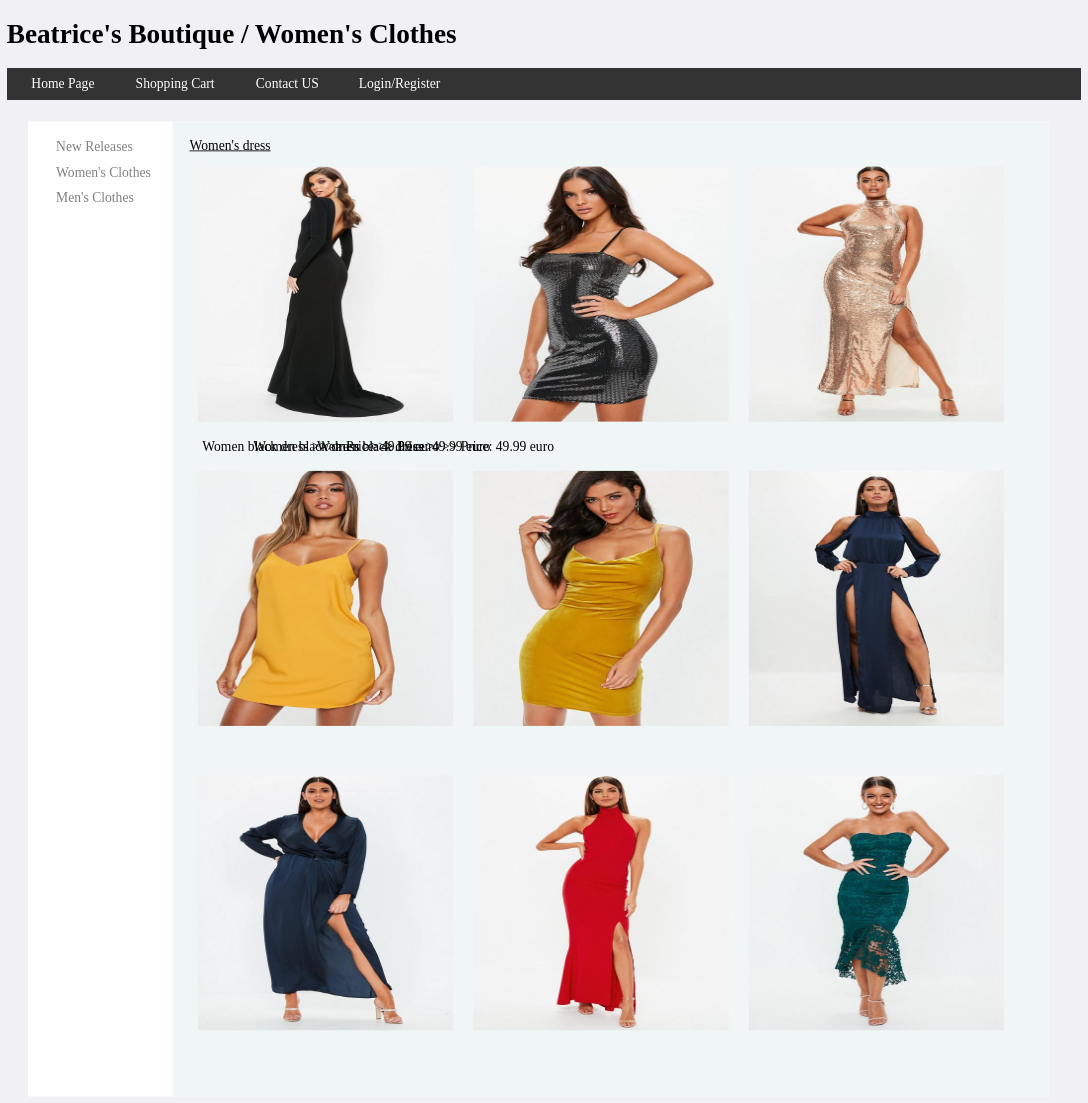
Repository: IosifDobos/Beatrice-Boutique
Page: http://localhost/BeatriceBoutique/womensClothes.jsp
An editor plug-in stored every save of this project. The page is shown before and after the next save, followed by the edit.
The browser window is 1280 px wide. The pictures show the whole page, at 85% of full size.
The page is served by Tomcat 9. Other server files are loaded and not shown.

Above is the page before, as saved 2018-12-04 17:40:28.

### BeatriceBoutique/Java/WorkSpace/BeatriceBoutique/WebContent/womensClothes.jsp
<!DOCTYPE html >
<html>
<head>
<meta http-equiv="Content-Type" content="text/html; charset=ISO-8859-1">
<link rel="stylesheet" type="text/css" href="styleSheet.css">
<title>Women's Clothes</title>
</head>
<body>

	<h1>Beatrice's Boutique / Women's Clothes</h1>

	<ul>
		<li><a href="homePage.html">Home Page</a></li>
		<li><a href="shoppingCart.html">Shopping Cart</a></li>
		<li><a href="contact.html">Contact US</a></li>
		<li><a href="login.html">Login/Register</a></li>
	</ul>


	<div class = "container">
		<!-- left side of the container where menu is displayed -->
		<div id="sidemenu">
			<a href="#">New Releases</a>
			<a href="womensClothes.html">Women's Clothes</a>
			<a href="#">Men's Clothes</a>
		</div>
		<!-- right side of the container -->
		<div id="right-side">
			<p><u>Women's dress</u></p>

			<img alt="dress" src="womens-img/black-open-back-maxi-dress.jpg" width="300" height="300" style="margin-left: 10px;">

			<img alt="dress1" src="womens-img/black-sewn-through-disc-bodycon-mini-dress.jpg" width="300" height="300" style="margin-left: 20px;">

			<img alt="dress2" src="womens-img/gold-sequin-choker-maxi-dress.jpg" width="300" height="300" style="margin-left: 20px;">
			<div id="product-1">
				<p>Women black dress >>>>  Price: 49.99 euro</p>
			</div>
			<div id="product-2">
				<p>Women black dress >>>>  Price: 49.99 euro</p>
			</div>
			<div id="product-3">
				<p>Women black dress >>>>  Price: 49.99 euro</p>
			</div>
			<br><br><br><br>
			<img alt="dress3" src="womens-img/mustard-cami-shift-dress.jpg" width="300" height="300" style="margin-left: 10px;">

			<img alt="dress4" src="womens-img/mustard-velvet-cowl-mini-dress.jpg" width="300" height="300" style="margin-left: 20px;">

			<img alt="dress5" src="womens-img/navy-split-front-maxi-dress.jpg" width="300" height="300" style="margin-left: 20px;">

			<br><br><br><br>
			<img alt="dress6" src="womens-img/plus-size-navy-wrap-front-knot-dress.jpg" width="300" height="300" style="margin-left: 10px;">

			<img alt="dress7" src="womens-img/red-choker-maxi-dress.jpg" width="300" height="300" style="margin-left: 20px;">

			<img alt="dress8" src="womens-img/teal-lace-bandeau-bust-cup-midi-dress.jpg" width="300" height="300" style="margin-left: 20px;">

			<br><br><br><br>
		</div>

	</div>

</body>
</html>

### BeatriceBoutique/Java/WorkSpace/BeatriceBoutique/WebContent/styleSheet.css
@charset "UTF-8";

body{
	background-color: #f0f0f5;
}

ul {
	position: -webkit-sticky;
	position: sticky;
    list-style-type: none;
    top: 0;
    margin: 0;
    padding: 0;
    overflow: hidden;
    background-color: #333;
}

li{
	float: left;
}

li a{
	display: block;
	color: white;
	text-align: center;
	padding: 10px 16px;
	text-decoration: none;
	width: 100px;

}

li a:hover {
    background-color: #555;
    color: white;
}

.active {
    background-color: #4CAF50;
    color: white;
}

.container{
	margin-top: 25px;
	margin-left: 25px;
	margin-right: 25px;
	background-color:  white;
	min-height: 400px;
	width: 95%;
}

/*#container:after{
	content: "";
	display: table;
	clear: both;
} */



#sidemenu {
    min-height: 100px;; /* Full-height: remove this if you want "auto" height */
    width: 150px;; /* Set the width of the sidebar */
    position: fixed; /* Fixed Sidebar (stay in place on scroll) */
    z-index: 1; /* Stay on top */
    top: 150px; /* Stay at the top */
    left: 50px;
    background-color: ; /* Black */
    overflow-x: hidden; /* Disable horizontal scroll */
    padding: 8px 0;
}

#sidemenu a {
    padding: 6px 8px 6px 16px;
    text-decoration: none;
    font-size: 16px;
    color: #818181;
    display: block;
}

/* When you mouse over the navigation links, change their color */
#sidemenu a:hover {
    color: #679898;
}

/* Style page content */
#right-side {
    margin-left: 170px; /* Same as the width of the sidebar */
    padding: 3px 5px 20px 20px;
    background-color: #f0f5f5;
    min-height: 300px;
}


/* #right-side{
	float: right;
	margin-right: 20px;
	width: 60%;
} */


#product-1{
	position: absolute;
	margin-left: 15px;
}

#product-2{
	position: absolute;
	margin-left: 75px;
}

#product-3{
	position: absolute;
	margin-left: 150px;
}



/* Responsive layout - when the screen is less than 600px wide, make the two columns stack on top of each other instead of next to each other */
@media screen and (max-width: 600px) {
    .col-25, .col-75, input[type=submit] {
        width: 100%;
        margin-top: 0;
    }
}

@media screen and (max-height: 450px) {
    #sidemenu {padding-top: 15px;}
    #sidemenu a {font-size: 18px;}
}

After the next save:
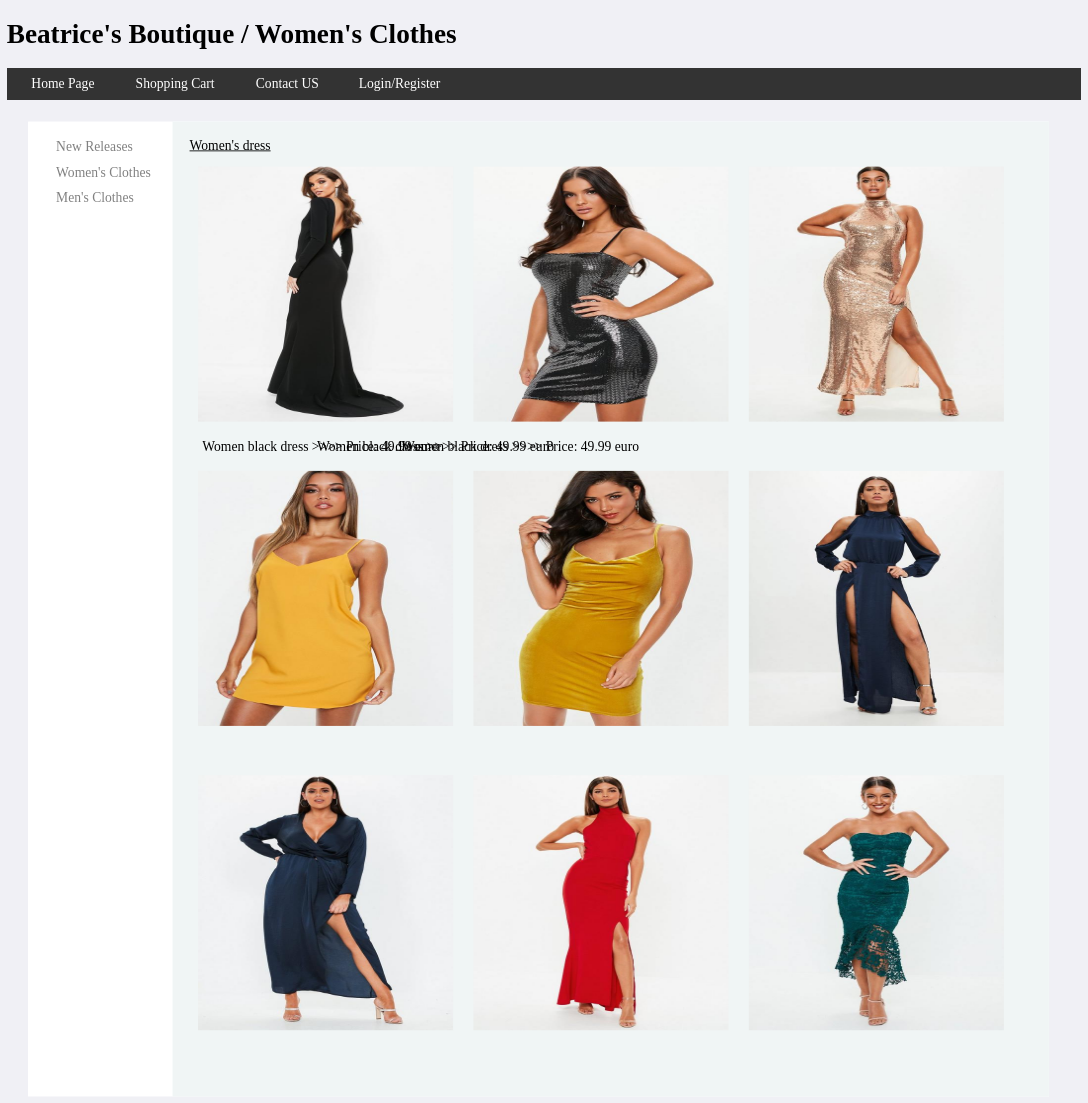
Saved 19 s later.
--- a/BeatriceBoutique/Java/WorkSpace/BeatriceBoutique/WebContent/styleSheet.css
+++ b/BeatriceBoutique/Java/WorkSpace/BeatriceBoutique/WebContent/styleSheet.css
@@ -104,12 +104,12 @@
 
 #product-2{
 	position: absolute;
-	margin-left: 75px;
+	margin-left: 150px;
 }
 
 #product-3{
 	position: absolute;
-	margin-left: 150px;
+	margin-left: 250px;
 }
 
 
